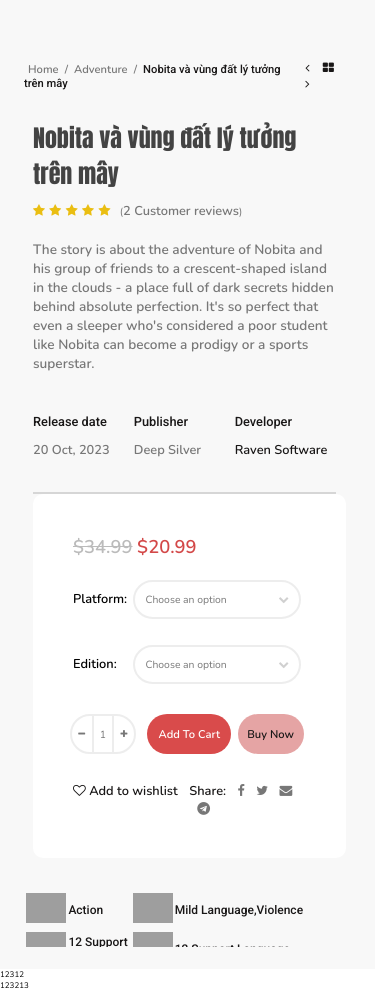
Repository: NguyenDinhThuyVy/TestWebsite
Page: detail.html
These files come from the project's save history. The page is drawn as it stood at one moment and after the next save; the edit follows.
The browser window is 375 px wide. The pictures show the part of the page from y = 600 to 1612 px (the page is 1591 px tall before and 1612 px after).
Pictures or frames that could not be fetched are drawn as grey boxes. Some web fonts or font styles are not loaded; a fallback is used.

Above is the page before, as saved 2023-09-30 21:58:07.

### detail.html
<!DOCTYPE html>
<html lang="en">
  <head>
    <meta charset="UTF-8" />
    <meta name="viewport" content="width=device-width, initial-scale=1.0" />
    <title>Document</title>
    <link rel="preconnect" href="https://fonts.gstatic.com" />
    <link
      href="https://fonts.googleapis.com/css2?family=Poppins:wght@400;600&display=swap"
      rel="stylesheet"
    />
    <link
      rel="stylesheet"
      href="https://cdnjs.cloudflare.com/ajax/libs/font-awesome/4.7.0/css/font-awesome.min.css"
      integrity="sha512-SfTiTlX6kk+qitfevl/7LibUOeJWlt9rbyDn92a1DqWOw9vWG2MFoays0sgObmWazO5BQPiFucnnEAjpAB+/Sw=="
      crossorigin="anonymous"
    />
    <link
      href="https://fonts.googleapis.com/css2?family=Poppins:wght@300;400;700&display=swap"
      rel="stylesheet"
    />
    <link rel="stylesheet" href="./style.css" />
  </head>
  <body>
    <div class="content">
      <section class="content-wrapper">
        <!-- Start main detail area -->
        <div class="detail-wrapper">
          <!-- Start product-view area -->
          <div class="product-view">
            <img
              src="https://i.ebayimg.com/images/g/8vIAAOSwztNg1quw/s-l1600.jpg"
              alt=""
              class="product-img"
            />
            <div class="product-labels">
              <span class="product-onsale">-33%</span>
              <span class="product-feature">HOT</span>
            </div>
          </div>
          <!-- End product-view area -->
          <!-- Start product-content area -->
          <div class="product-content">
            <!-- Start header-detail area -->
            <div class="header-detail">
              <div class="path-detail">
                <nav class="product-path">
                  <a href="#" class="home">Home</a>
                  <a href="#" class="icon-division">/</a>
                  <a href="#" class="Adventure">Adventure</a>
                  <a href="#" class="icon-division">/</a>
                  <span class="product-name"
                    >Nobita và vùng đất lý tưởng trên mây</span
                  >
                </nav>
              </div>
              <div class="product-management">
                <i class="fa fa-angle-left product-pre"></i>
                <i class="fa fa fa-th-large product-large"></i>
                <i class="fa fa-angle-right product-next"></i>
              </div>
            </div>
            <!-- End header-detail area -->
            <!-- Start content-detail area -->
            <div class="content-detail">
              <div class="product-information">
                <h1 class="product-title">
                  Nobita và vùng đất lý tưởng trên mây
                </h1>
                <div class="product-reviews">
                  <i class="fa fa-solid fa-star fa-2xl icon-star"></i>
                  <i class="fa fa-solid fa-star fa-2xl icon-star"></i>
                  <i class="fa fa-solid fa-star fa-2xl icon-star"></i>
                  <i class="fa fa-solid fa-star fa-2xl icon-star"></i>
                  <i class="fa fa-solid fa-star fa-2xl icon-star"></i>
                  <span class="customer-review"
                    >(<a href="#" class="customer-review-link"
                      >2 Customer reviews</a
                    >)</span
                  >
                </div>
                <div class="product-description">
                  <p>
                    The story is about the adventure of Nobita and his group of
                    friends to a crescent-shaped island in the clouds - a place
                    full of dark secrets hidden behind absolute perfection. It's
                    so perfect that even a sleeper who's considered a poor
                    student like Nobita can become a prodigy or a sports
                    superstar.
                  </p>
                </div>
                <div class="orther-information">
                  <div class="release-date">
                    <span class="orther-title">Release date</span>
                    <span class="info">20 Oct, 2023</span>
                  </div>
                  <div class="publisher">
                    <span class="orther-title">Publisher</span>
                    <span class="info">Deep Silver</span>
                  </div>
                  <div class="developer">
                    <span class="orther-title">Developer</span>
                    <a href="#" class="dev-link">Raven Software</a>
                  </div>
                </div>
              </div>
              <!-- Start product-purchase-table area -->
              <div class="product-purchase-table">
                <div class="product-price">
                  <span class="old-price">$34.99</span>
                  <span class="current-price">$20.99</span>
                </div>
                <div class="platform">
                  <span class="plat-text">Platform:</span>
                  <div class="plat-dropdown">
                    <span class="dropdown-text">Choose an option</span>
                    <i class="fa fa-light fa-chevron-down icon-down"></i>
                  </div>
                </div>
                <div class="edition">
                  <span class="edi-text">Edition:</span>
                  <div class="edi-dropdown">
                    <span class="dropdown-text">Choose an option</span>
                    <i class="fa fa-light fa-chevron-down icon-down"></i>
                  </div>
                </div>
                <div class="product-payment">
                  <div class="col-wrap product-number">
                    <div class="col col-minus">
                      <i class="fa fa-light fa-minus fa-xs"></i>
                    </div>
                    <div class="col col-number">
                      <span>1</span>
                    </div>
                    <div class="col col-plus">
                      <i class="fa fa-light fa-plus fa-xs"></i>
                    </div>
                  </div>
                  <button class="product-add">
                    <span class="add-text">Add To Cart</span>
                  </button>
                  <button class="product-buy">
                    <span class="buy-text">Buy Now</span>
                  </button>
                </div>
                <footer class="another-choice">
                  <div class="favorite-product">
                    <a href="#" class="favpro-text">
                      <i class="fa fa-heart-o icon-heart"></i> Add to
                      wishlist</a
                    >
                  </div>
                  <div class="product-share">
                    <span class="prosha-text">Share:</span>
                    <a href="#" class="social-network icon-facebook"
                      ><i class="fa fa-brands fa-facebook-f icon-facebook"></i
                    ></a>
                    <a href="#" class="social-network icon-twitter"
                      ><i class="fa fa-brands fa-twitter icon-twitter"></i
                    ></a>
                    <a href="#" class="social-network icon-mail"
                      ><i class="fa fa-solid fa-envelope icon-mail"></i
                    ></a>
                    <a href="#" class="social-network icon-telegram"
                      ><i class="fa fa-brands fa-telegram icon-telegram"></i
                    ></a>
                  </div>
                </footer>
              </div>
              <!-- End product-purchase-table area -->
            </div>
            <!-- End content-detail area -->
            <div class="footer-content">
              <table class="footer-tb">
                <tbody class="footer-detail">
                  <tr class="action">
                    <th class="item-label">
                      <img
                        src="	https://woodmart.b-cdn.net/games/wp-content/uploads/sites/14/2023/05/wd-vgs-product-genre-w.svg"
                        alt=""
                        class="img-item"
                      />
                    </th>
                    <td class="item-value">
                      <p><a href="#">Action</a></p>
                    </td>
                  </tr>
                  <tr class="mild-language">
                    <th class="item-label">
                      <img
                        src="	https://woodmart.b-cdn.net/games/wp-content/uploads/sites/14/2023/07/PEGI_12.jpg.webp"
                        alt=""
                        class="img-item"
                      />
                    </th>
                    <td class="item-value">
                      <p><a href="#">Mild Language,Violence</a></p>
                    </td>
                  </tr>
                  <tr class="support-language">
                    <th class="item-label">
                      <img
                        src="	https://woodmart.b-cdn.net/games/wp-content/uploads/sites/14/2023/05/wd-vgs-product-languages-w.svg"
                        alt=""
                        class="img-item"
                      />
                    </th>
                    <td class="item-value">
                      <p><a href="#">12 Support Language</a></p>
                    </td>
                  </tr>
                  <tr class="single-player">
                    <th class="item-label">
                      <img
                        src="	https://woodmart.b-cdn.net/games/wp-content/uploads/sites/14/2023/05/wd-vgs-product-features-w.svg"
                        alt=""
                        class="img-item"
                      />
                    </th>
                    <td class="item-value">
                      <p><a href="#">12 Support Language</a></p>
                    </td>
                  </tr>
                </tbody>
              </table>
            </div>
          </div>
          <!-- End product-content area -->
        </div>
        <!-- End  main detail area -->
        <!-- {/* Specification */} -->
        <div>12312</div>
        <!-- {/* Customer Reviews */} -->
        <div>123213</div>
      </section>
    </div>
  </body>
</html>

### style.css
@import url("https://fonts.googleapis.com/css2?family=Merienda+One&family=Nunito:wght@200;300;400;500;600&display=swap");
@import url('https://fonts.googleapis.com/css2?family=Anton&family=Archivo+Black&family=Bebas+Neue&family=Borel&family=Cabin&family=Montserrat&family=Oswald:wght@200&family=Roboto:wght@500&display=swap');



:root {
  --title-color: rgb(67, 67, 67);
  --line-color: #adabab37;
  --white: rgb(255, 253, 253);
  --main-color: #F7F7F7;
  --bcg-detail-color: #f8f8f8;
  --labels-color: #fdf7f7;
  --product-purchase-table: #ffffff;
  --hover-color: #c81d1dce;
  --bcg-add: #ce1515c4;
  --star-color: #EABE12;
  --black: #191717;
  --white: #fff;
  --light-color: #eac794;
  --border: .2rem solid var(--black);
  --box-shadow: 0 .5rem 1rem rgba(0, 0, 0, .1);
  --fontcolor: #777777;
  --icon-down: #77777758;
  --old-price: #BBBBBB;
  --boder-number: #c62323b5;
  --bcg-add-hover: #bc1313dd;
  --bcg-buy: #c73d3d77
}

* {
  font-family: 'Nunito', sans-serif;
  margin: 0;
  padding: 0;
  -webkit-box-sizing: border-box;
  box-sizing: border-box;
  outline: none;
  border: none;
  text-decoration: none;
  text-transform: none;
}

*::-moz-selection {
  background-color: var(--bcg-detail-color);
  color: var(--white);
}

*::selection {
  background-color: var(--bcg-detail-color);
  color: var(--white);
}

::-webkit-scrollbar {
  height: 0.5rem;
  width: 1rem;
}

::-webkit-scrollbar-track {
  background-color: transparent;
}

::-webkit-scrollbar-thumb {
  background-color: var(--li);
}

html {
  font-size: 62.5%;
  overflow-x: hidden;
  scroll-behavior: smooth;
  scroll-padding-top: 6.5rem;
}

/*detail-wrapper  */
.detail-wrapper {
  display: grid;
  grid-template-columns: 30% 70%;
  background-color: var(--bcg-detail-color);
  height: 650px;
  overflow: hidden;
  /* align-items: stretch; */
}

/* <!-- Start product-view area --> */
.product-view {
  font-size: 2rem;
  margin: 20px 20px 40px 20px;
  width: 100%;
  height: 580px;
  /* height: 100; */
  overflow: hidden;
  position: relative;
}

.product-view .product-img {
  object-fit: cover;
  height: 100%;
  width: 100%;
  border-radius: 10px;
  border: #333 solid 1px;
}

.product-view .product-labels {
  position: absolute;
  top: 0;
  right: 0;
  z-index: 2;
  margin: 15px;
  display: flex;
  flex-direction: column;
  width: 50px;
}

.product-view .product-labels .product-onsale,
.product-view .product-labels .product-feature {
  border-radius: 20px;
  background-color: var(--labels-color);
  text-align: center;
  margin-bottom: 10px;
  padding: 5px;
  font-size: 1.1rem;
  font-weight: 900;
}

/* <!-- End product-view area --> */

/* <!-- Start product-content area --> */
.product-content {
  width: 100%;
  margin: 20px 20px 20px 30px;
  width: auto;
}

/*  <!-- Start header-detail area --> */
.header-detail {
  background-color: var(--bcg-detail-color);
  z-index: 1000;
  display: flex;
  justify-content: space-between;
  align-items: center;
}

.header-detail .path-detail {
  display: -webkit-box;
  display: -ms-flexbox;
  display: flex;
  -webkit-box-align: center;
  position: relative;
  padding: 0 2rem;
}


.header-detail .path-detail .product-path a,
.header-detail .path-detail .product-name {
  margin-left: 0.5rem;
  font-size: 1.4rem;
  color: var(--fontcolor);
  text-decoration: none;
  font-weight: 800;
}

.header-detail .path-detail .product-name {
  color: var(--black);
  font-family: 'Roboto', sans-serif;
  font-weight: 150;
}

.header-detail .path-detail .product-path a:hover:not(.icon-division) {
  text-decoration: underline;
  color: var(--black);
  text-decoration: none;
}

.header-detail .product-management {
  font-size: 1.5rem;
  color: var(--black);
  cursor: pointer;
}

.header-detail .product-management .product-large {
  margin: 0 10px
}

/*   <!-- End header-detail area --> */

/*     <!-- Start content-detail area --> */
.content-detail {
  margin: 28px 0px 0px 25px;
  display: grid;
  grid-template-columns: 60% 40%;
  overflow: hidden;
  height: 350px;
}

.content-detail .product-information {
  margin-right: 10px;
}

.content-detail .product-information .product-title {
  font-family: 'Anton', sans-serif;
  font-size: 3rem;
  font-weight: 250;
  color: var(--title-color);
}

.content-detail .product-information .product-reviews {
  margin: 10px 0px 20px 0px;
}

.content-detail .product-information .product-reviews .icon-star {
  margin-right: 0.3rem;
  color: var(--star-color);
  font-size: 1.6rem;
}

.content-detail .product-information .product-reviews .customer-review {
  color: var(--fontcolor);
  font-size: 1.3rem;
  margin-left: 5px;
}

.content-detail .product-information .product-reviews .customer-review .customer-review-link {
  color: var(--fontcolor);
  font-size: 1.6rem;
  font-weight: 800;
}

.content-detail .product-information .product-reviews .customer-review .customer-review-link:hover {
  color: var(--black);
}

.content-detail .product-information .product-description {
  color: var(--fontcolor);
  font-size: 1.7rem;
  font-weight: 600;
  margin-bottom: 41px;
}

.content-detail .product-information .orther-information {
  height: 80px;
  display: grid;
  grid-template-columns: calc(100%/3) calc(100%/3) calc(100%/3);
  border-bottom: var(--line-color) outset 2px;
}

.content-detail .product-information .orther-information .release-date,
.publisher,
.developer {
  font-size: 1.6rem;
  font-weight: 600;
  display: grid;
  grid-template-rows: 35% 35%;
}

.content-detail .product-information .orther-information .orther-title {
  color: var(--black);
  font-family: 'Roboto', sans-serif;
  font-weight: 150;
}

.content-detail .product-information .orther-information .info {
  color: var(--fontcolor);
}

.content-detail .product-information .orther-information .dev-link {
  color: var(--black);
}

.content-detail .product-information .orther-information .dev-link:hover {
  color: var(--hover-color)
}

/*      <!-- Start product-purchase-table area --> */

.content-detail .product-purchase-table {
  width: 100%;
  background-color: var(--product-purchase-table);
  padding: 40px;
  border-radius: 10px;
  /* font-family: 'Roboto', sans-serif; */
}

.content-detail .product-purchase-table .product-price {
  font-family: 'Roboto', sans-serif;
  font-size: 2.3rem;
  font-weight: 900;
}

.content-detail .product-purchase-table .product-price .old-price {
  text-decoration: line-through;
  color: var(--old-price);
}

.content-detail .product-purchase-table .product-price .current-price {
  color: var(--hover-color);
}

.content-detail .product-purchase-table .platform,
.content-detail .product-purchase-table .edition {
  margin-top: 15px;
  display: grid;
  grid-template-columns: 26% 72%;
  font-family: 'Roboto', sans-serif;
  font-size: 1.6rem;
  align-items: center;
  height: 50px;
}

.content-detail .product-purchase-table .platform .plat-text,
.content-detail .product-purchase-table .edition .edi-text {
  font-weight: 800;
}

.content-detail .product-purchase-table .platform .plat-dropdown,
.content-detail .product-purchase-table .edition .edi-dropdown {
  display: flex;
  border: var(--line-color) solid 2px;
  border-radius: 20px;
  padding: 10px;
  font-size: 1.3rem;
  align-items: center;
  justify-content: space-between;
  color: var(--fontcolor);
  cursor: pointer;
}

.content-detail .product-purchase-table .platform .plat-dropdown .icon-down,
.content-detail .product-purchase-table .edition .edi-dropdown .icon-down {
  color: var(--icon-down);
}

.content-detail .product-purchase-table .product-payment {
  width: 100%;
  height: 50px;
  display: grid;
  margin-top: 20px;
  grid-template-columns: 30% 40% 30%;
  place-items: center;
}

.content-detail .product-purchase-table .product-payment .product-number {
  overflow: hidden;
  display: table;
  width: 95%;
  height: 40px;
  vertical-align: middle;
  text-align: center;
  margin-right: 10px;
}

.content-detail .product-purchase-table .product-payment .product-number .col {
  display: table-cell;
  padding: 0.6rem;
  vertical-align: middle;
  text-align: center;
}

.content-detail .product-purchase-table .product-payment .product-number .col-number {
  border-top: var(--line-color) solid 2px;
  border-bottom: var(--line-color) solid 2px;
  color: var(--fontcolor);
  font-size: 1.3rem;
}

.content-detail .product-purchase-table .product-payment .product-number .col-plus {
  border: var(--line-color) solid 2px;
  border-radius: 0px 30px 30px 0px;
  cursor: pointer;
  color: var(--fontcolor);
  font-weight: 100;
  font-size: 1.1rem;
}

.content-detail .product-purchase-table .product-payment .product-number .col-minus {
  border: var(--line-color) solid 2px;
  border-radius: 30px 0px 0px 30px;
  cursor: pointer;
  color: var(--fontcolor);
  font-weight: 100;
  font-size: 1.1rem;
}

.content-detail .product-purchase-table .product-payment .product-number .col-plus:hover,
.content-detail .product-purchase-table .product-payment .product-number .col-minus:hover {
  background-color: var(--hover-color);
  border: var(--boder-number) solid 2px;
  color: var(--white);
}

.content-detail .product-purchase-table .product-payment .product-add {
  font-family: 'Roboto', sans-serif;
  font-size: 1.4rem;
  font-weight: bolder;
  width: 90%;
  height: 40px;
  border: none;
  cursor: pointer;
  background-color: var(--bcg-add);
  border-radius: 20px;
  color: var(--white);
}

.content-detail .product-purchase-table .product-payment .product-add:hover {
  background-color: var(--bcg-add-hover);
}

.content-detail .product-purchase-table .product-payment .product-buy {
  font-family: 'Roboto', sans-serif;
  font-size: 1.4rem;
  font-weight: bolder;
  width: 95%;
  height: 40px;
  border: none;
  cursor: pointer;
  background-color: var(--bcg-buy);
  border-radius: 20px;
  color: var(--black)
}

.content-detail .product-purchase-table .product-payment .product-buy:hover {
  background-color: #8f3c3c30;
}

.content-detail .product-purchase-table .another-choice {
  display: grid;
  grid-template-columns: 50% 50%;
  margin-top: 23px;
  font-size: 1.6rem;
  font-weight: 900;
}

.content-detail .product-purchase-table .another-choice .favorite-product .favpro-text,
.content-detail .product-purchase-table .another-choice .product-share,
.content-detail .product-purchase-table .another-choice .product-share .prosha-text {
  color: var(--black);
  text-transform: none;
}

.content-detail .product-purchase-table .another-choice .favorite-product .favpro-text:hover {
  color: var(--fontcolor);
}

.content-detail .product-purchase-table .another-choice .product-share .social-network {
  color: var(--fontcolor);
  margin-left: 8px;
}

.content-detail .product-purchase-table .another-choice .product-share .social-network:hover {
  color: var(--black);
}

.product-content .footer-content {
  margin: 3.8rem 0px 0px 1.8rem;
}

.product-content .footer-content .footer-tb {
  width: 100%;
}

.product-content .footer-content .footer-detail {
  width: 100%;
  display: grid;
  grid-template-columns: calc(100% /4) calc(100% /4) calc(100% /4) calc(100% /4);
  height: 57px;
  overflow: hidden;
}


.product-content .footer-content .footer-detail .img-item {
  width: 5rem;
  height: 4rem;
  object-fit: contain;
}

.product-content .footer-content .footer-detail .item-value a {
  font-size: 1.5rem;
  color: var(--black);
  font-family: 'Roboto', sans-serif;
  font-weight: 150;
}

.product-content .footer-content .footer-detail .item-value a:hover {
  color: var(--bcg-add-hover);
}

@media(max-width: 991px) {
  html {
    font-size: 55%;
  }
}

@media(max-width: 600px) {
  html {
    font-size: 55%;
  }

  .detail-wrapper {
    display: grid;
    grid-template-columns: 1fr;
    background-color: var(--bcg-detail-color);
    height: auto;
    overflow: hidden;
    /* align-items: stretch; */
  }

  .product-view {
    font-size: 2rem;
    margin: 20px 20px 40px 20px;
    width: 88%;
    height: 580px;
    /* height: 100; */
    overflow: hidden;
    position: relative;
  }

  .product-content {
    width: 90%;
    margin: 20px 20px 20px 8px;
  }

  .content-detail {
    margin: 28px 0px 0px 25px;
    display: grid;
    grid-template-columns: 1fr;
    overflow: hidden;
    height: auto;
  }

  .product-content .footer-content .footer-detail {
    width: 100%;
    display: grid;
    grid-template-columns: 1fr 2fr;
    height: 57px;
    overflow: hidden;
  }

}

@media(max-width: 450px) {
  html {
    font-size: 50%;
  }
}

After the next save:
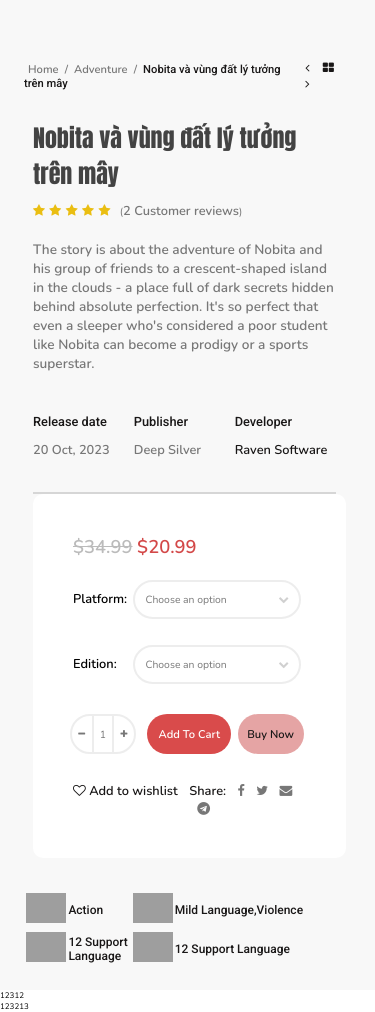
Saved 11 s later.
--- a/style.css
+++ b/style.css
@@ -528,7 +528,7 @@ html {
     width: 100%;
     display: grid;
     grid-template-columns: 1fr 2fr;
-    height: 57px;
+    height: auto;
     overflow: hidden;
   }
 
